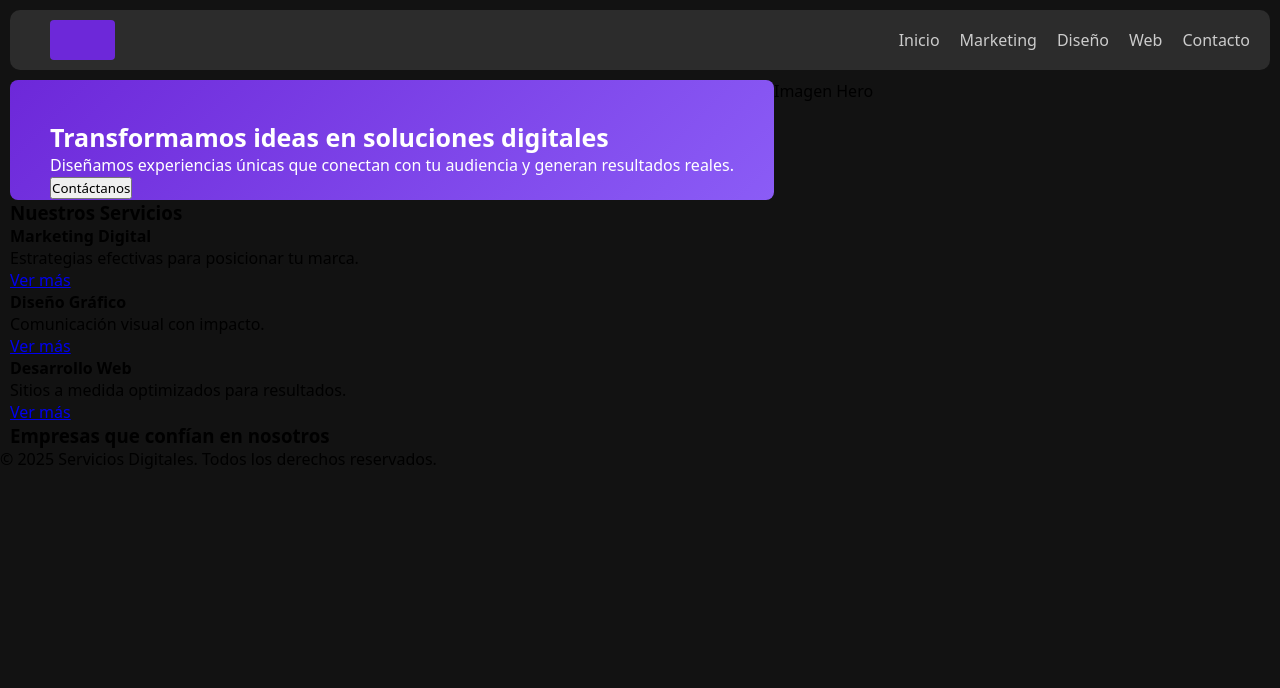
Repository: santinogarrone/TrabajoAgustin
Page: html/index.html
These files come from the project's save history. The page is drawn as it stood at one moment and after the next save; the edit follows.
The browser window is 1280 px wide. The pictures show the whole page.

Above is the page before, as saved 2025-05-02 12:08:09.

After the next save:
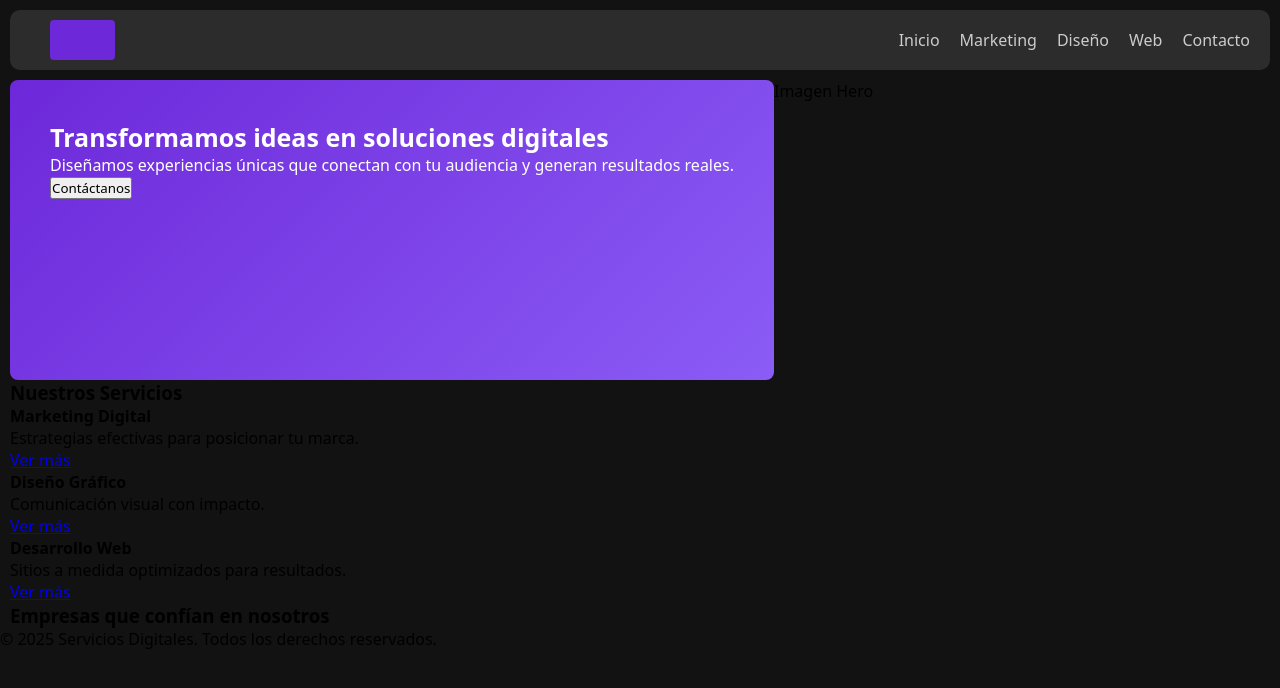
Saved 4 s later.
--- a/css/style.css
+++ b/css/style.css
@@ -71,7 +71,7 @@ header{
     border-radius: 8px;
     color: var(--texto-color);
     padding: 40px;
-    height: 120px;
+    height: 300px;
   }
 
   .tit-contacto{
